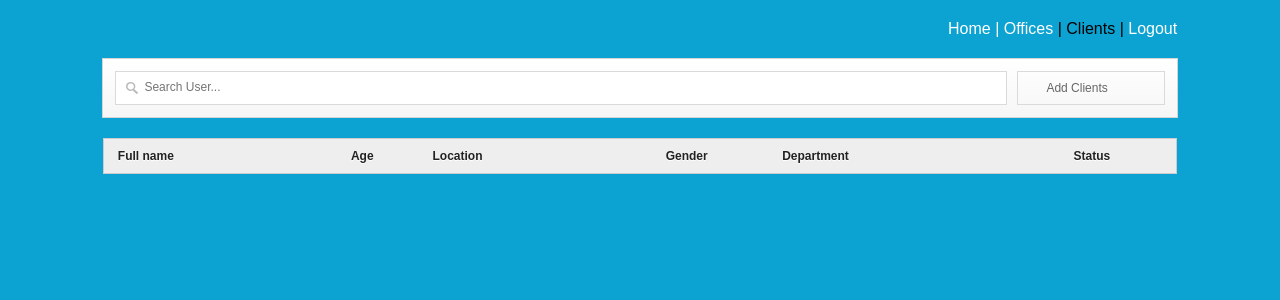
Repository: MrSyntax31/recordmanagement
Page: http://localhost/main/index.php
An editor plug-in stored every save of this project. The page is shown before and after the next save, followed by the edit.
The browser window is 1280 px wide. The pictures show the whole page.
The page is run by PHP 8.4 with error messages shown; the project is at /var/www/html/. Queries for data that is not in the repository find no rows.

Above is the page before, as saved 2022-03-03 16:04:33.

### main/index.php
<style>
body {
	background: #0ca3d2;
}
table { border-collapse: separate; background-color: #FFFFFF; border-spacing: 0; width: 85%; color: #666666; text-shadow: 0 1px 0 #FFFFFF; border: 1px solid #CCCCCC; box-shadow: 0; margin: 0 auto;font-family: arial; }
table thead tr th { background: none repeat scroll 0 0 #EEEEEE; color: #222222; padding: 10px 14px; text-align: left; border-top: 0 none; font-size: 12px; }
table tbody tr td{
    background-color: #FFFFFF;
	font-size: 12px;
    text-align: left;
	padding: 10px 14px;
	border-top: 1px solid #DDDDDD;
}
#log {
	width: 85%;
	text-align: right;
	margin: 20px auto;
	font-family: arial;
}
#log a {
	color: #FFFFFF;
	text-decoration: none;
	font-family: arial;
}
#formdesign {
	background: linear-gradient(to bottom, #FFFFFF 0%, #F6F6F6 100%) repeat scroll 0 0 rgba(0, 0, 0, 0);
    border: 1px solid #D5D5D5;
    padding: 12px;
    position: relative;
	margin: 20px auto;
	width: 83%;
	clear: both;
	height: 34px;
}
#filter {
	-moz-box-sizing: border-box;
    background: url("img/big_search.png") no-repeat scroll 10px 10px #FFFFFF;
    box-shadow: none;
    display: block;
    font-size: 12px;
    height: 34px;
    padding: 9px 140px 9px 28px;display: block;
    font-size: 12px;
    height: 34px;
    padding: 9px 140px 9px 28px;
    width: 85%;
	border: 1px solid #DADADA;
    transition: border 0.2s linear 0s, box-shadow 0.2s linear 0s;
	padding-top: 6px;
	float: left;
}
#add {
	float: right;
	width: 8.5%;
	display: block;
    font-size: 12px;
    height: 14px;
    padding: 9px 28px 9px 28px;
	border: 1px solid #DADADA;
}
a#add {
	text-decoration: none;
	color: #666666;
	font-family: arial;
	font-size: 12px;
}

</style>
<script src="argiepolicarpio.js" type="text/javascript" charset="utf-8"></script>
<script src="js/application.js" type="text/javascript" charset="utf-8"></script>
<!--sa poip up-->
<link href="src/facebox.css" media="screen" rel="stylesheet" type="text/css" />
   <script src="lib/jquery.js" type="text/javascript"></script>
  <script src="src/facebox.js" type="text/javascript"></script>
  <script type="text/javascript">
    jQuery(document).ready(function($) {
      $('a[rel*=facebox]').facebox({
        loadingImage : 'src/loading.gif',
        closeImage   : 'src/closelabel.png'
      })
    })
  </script>
<div id="log"> <a href="index.php">Home | <a href="offices.php">Offices</a> | Clients |  <a href="../index.php">Logout</a>
</div>
<div id="formdesign">
<input type="text" name="filter" value="" id="filter" placeholder="Search User..." autocomplete="off" />
<a rel="facebox" href="addUser.php" id="add">Add Clients</a>
</div>
<table cellspacing="0" cellpadding="2" id="resultTable">
<thead>
	<tr>
		<th width="20%"> Full name</th>
		<th width="7%"> Age</th>
		<th width="20%"> Location </th>
		<th width="10%"> Gender </th>
		<th width="25%"> Department </th>
		<th width="10%">  Status </th>
	</tr>
</thead>
<tbody>
	<?php
		include('connect.php');
		$result = $db->prepare("SELECT * FROM users ORDER BY id DESC");
		$result->execute();
		for($i=0; $row = $result->fetch(); $i++){
	?>
	<tr class="record">
		<td><?php echo $row['fullname']; ?></td>
		<td><?php echo $row['age']; ?></td>
		<td><?php echo $row['location']; ?></td>
		<td><?php echo $row['gender']; ?></td>
		<td><?php echo $row['department']; ?></td>
		<td><?php echo $row['status']; ?></td>
		<td><a rel="facebox" href="editUser.php?id=<?php echo $row['id']; ?>"> Edit </a> | <a href="#" id="<?php echo $row['id']; ?>" class="delbutton" title="Click To Delete">Delete</a></td>
	</tr>
	<?php
		}
	?>
</tbody>
</table>
<script src="js/jquery.js"></script>
  <script type="text/javascript">
$(function() {


$(".delbutton").click(function(){

//Save the link in a variable called element
var element = $(this);

//Find the id of the link that was clicked
var del_id = element.attr("id");

//Built a url to send
var info = 'id=' + del_id;
 if(confirm("Sure you want to delete this update? There is NO undo!"))
		  {

 $.ajax({
   type: "GET",
   url: "delete.php",
   data: info,
   success: function(){

   }
 });
         $(this).parents(".record").animate({ backgroundColor: "#fbc7c7" }, "fast")
		.animate({ opacity: "hide" }, "slow");

 }

return false;

});

});
</script>

### main/connect.php
<?php
/* Database config */
$db_host		= 'localhost';
$db_user		= 'root';
$db_pass		= '';
$db_database	= 'record';

/* End config */

$db = new PDO('mysql:host='.$db_host.';dbname='.$db_database, $db_user, $db_pass);
$db->setAttribute(PDO::ATTR_ERRMODE, PDO::ERRMODE_EXCEPTION);

?>

### main/js/application.js
$(document).ready(function() {
	zebraRows('tr:odd td', 'odd');

	$('tbody tr').hover(function(){
	  $(this).find('td').addClass('hovered');
	}, function(){
	  $(this).find('td').removeClass('hovered');
	});

	//default each row to visible
	$('tbody tr').addClass('visible');

	//overrides CSS display:none property
	//so only users w/ JS will see the
	//filter box
	$('#search').show();

	$('#filter').keyup(function(event) {
		//if esc is pressed or nothing is entered
    if (event.keyCode == 27 || $(this).val() == '') {
			//if esc is pressed we want to clear the value of search box
			$(this).val('');

			//we want each row to be visible because if nothing
			//is entered then all rows are matched.
      $('tbody tr').removeClass('visible').show().addClass('visible');
    }

		//if there is text, lets filter
		else {
      filter('tbody tr', $(this).val());
    }

		//reapply zebra rows
		$('.visible td').removeClass('odd');
		zebraRows('.visible:even td', 'odd');
	});

	//grab all header rows
	$('thead th').each(function(column) {
		$(this).addClass('sortable')
					.click(function(){
						var findSortKey = function($cell) {
							return $cell.find('.sort-key').text().toUpperCase() + ' ' + $cell.text().toUpperCase();
						};

						var sortDirection = $(this).is('.sorted-asc') ? -1 : 1;

						//step back up the tree and get the rows with data
						//for sorting
						var $rows		= $(this).parent()
																.parent()
																.parent()
																.find('tbody tr')
																.get();

						//loop through all the rows and find
						$.each($rows, function(index, row) {
							row.sortKey = findSortKey($(row).children('td').eq(column));
						});

						//compare and sort the rows alphabetically
						$rows.sort(function(a, b) {
							if (a.sortKey < b.sortKey) return -sortDirection;
							if (a.sortKey > b.sortKey) return sortDirection;
							return 0;
						});

						//add the rows in the correct order to the bottom of the table
						$.each($rows, function(index, row) {
							$('tbody').append(row);
							row.sortKey = null;
						});

						//identify the column sort order
						$('th').removeClass('sorted-asc sorted-desc');
						var $sortHead = $('th').filter(':nth-child(' + (column + 1) + ')');
						sortDirection == 1 ? $sortHead.addClass('sorted-asc') : $sortHead.addClass('sorted-desc');

						//identify the column to be sorted by
						$('td').removeClass('sorted')
									.filter(':nth-child(' + (column + 1) + ')')
									.addClass('sorted');

						$('.visible td').removeClass('odd');
						zebraRows('.visible:even td', 'odd');
					});
	});
});


//used to apply alternating row styles
function zebraRows(selector, className)
{
	$(selector).removeClass(className)
							.addClass(className);
}

//filter results based on query
function filter(selector, query) {
	query	=	$.trim(query); //trim white space
  query = query.replace(/ /gi, '|'); //add OR for regex

  $(selector).each(function() {
    ($(this).text().search(new RegExp(query, "i")) < 0) ? $(this).hide().removeClass('visible') : $(this).show().addClass('visible');
  });
}

### main/src/facebox.css
#facebox {
  position: absolute;
  top: 0;
  left: 0;
  z-index: 100;
  text-align: left;
}


#facebox .popup{
  position:relative;
  border:3px solid rgba(0,0,0,0);
  -webkit-border-radius:5px;
  -moz-border-radius:5px;
  border-radius:5px;
  -webkit-box-shadow:0 0 18px rgba(0,0,0,0.4);
  -moz-box-shadow:0 0 18px rgba(0,0,0,0.4);
  box-shadow:0 0 18px rgba(0,0,0,0.4);
}

#facebox .content {
  display:table;
  width: 280px;
  padding: 10px;
  background: #fff;
  -webkit-border-radius:4px;
  -moz-border-radius:4px;
  border-radius:4px;
}

#facebox .content > p:first-child{
  margin-top:0;
}
#facebox .content > p:last-child{
  margin-bottom:0;
}

#facebox .close{
  position:absolute;
  top:5px;
  right:5px;
  padding:2px;
  background:#fff;
}
#facebox .close img{
  opacity:0.3;
}
#facebox .close:hover img{
  opacity:1.0;
}

#facebox .loading {
  text-align: center;
}

#facebox .image {
  text-align: center;
}

#facebox img {
  border: 0;
  margin: 0;
}

#facebox_overlay {
  position: fixed;
  top: 0px;
  left: 0px;
  height:100%;
  width:100%;
}

.facebox_hide {
  z-index:-100;
}

.facebox_overlayBG {
  background-color: #000;
  z-index: 99;
}

.hoverbox
{
	cursor: default;
	list-style: none;
}

.hoverbox a
{
	cursor:pointer;
}


.hoverbox img
{
	background: #fff;
	border-color: #aaa #ccc #ddd #bbb;
	border-style: solid;
	border-width: 1px;
	color: inherit;
	padding: 2px;
	vertical-align: top;
	width: 115px;
	height: 70px;
	margin-bottom:5px;
}

### main/src/facebox.js
/*
 * Facebox (for jQuery)
 * version: 1.2 (05/05/2008)
 * @requires jQuery v1.2 or later
 *
 * Examples at http://famspam.com/facebox/
 *
 * Licensed under the MIT:
 *   http://www.opensource.org/licenses/mit-license.php
 *
 * Copyright 2007, 2008 Chris Wanstrath [ chris@ozmm.org ]
 *
 * Usage:
 *
 *  jQuery(document).ready(function() {
 *    jQuery('a[rel*=facebox]').facebox()
 *  })
 *
 *  <a href="#terms" rel="facebox">Terms</a>
 *    Loads the #terms div in the box
 *
 *  <a href="terms.html" rel="facebox">Terms</a>
 *    Loads the terms.html page in the box
 *
 *  <a href="terms.png" rel="facebox">Terms</a>
 *    Loads the terms.png image in the box
 *
 *
 *  You can also use it programmatically:
 *
 *    jQuery.facebox('some html')
 *    jQuery.facebox('some html', 'my-groovy-style')
 *
 *  The above will open a facebox with "some html" as the content.
 *
 *    jQuery.facebox(function($) {
 *      $.get('blah.html', function(data) { $.facebox(data) })
 *    })
 *
 *  The above will show a loading screen before the passed function is called,
 *  allowing for a better ajaxy experience.
 *
 *  The facebox function can also display an ajax page, an image, or the contents of a div:
 *
 *    jQuery.facebox({ ajax: 'remote.html' })
 *    jQuery.facebox({ ajax: 'remote.html' }, 'my-groovy-style')
 *    jQuery.facebox({ image: 'stairs.jpg' })
 *    jQuery.facebox({ image: 'stairs.jpg' }, 'my-groovy-style')
 *    jQuery.facebox({ div: '#box' })
 *    jQuery.facebox({ div: '#box' }, 'my-groovy-style')
 *
 *  Want to close the facebox?  Trigger the 'close.facebox' document event:
 *
 *    jQuery(document).trigger('close.facebox')
 *
 *  Facebox also has a bunch of other hooks:
 *
 *    loading.facebox
 *    beforeReveal.facebox
 *    reveal.facebox (aliased as 'afterReveal.facebox')
 *    init.facebox
 *    afterClose.facebox
 *
 *  Simply bind a function to any of these hooks:
 *
 *   $(document).bind('reveal.facebox', function() { ...stuff to do after the facebox and contents are revealed... })
 *
 */
(function($) {
  $.facebox = function(data, klass) {
    $.facebox.loading()

    if (data.ajax) fillFaceboxFromAjax(data.ajax, klass)
    else if (data.image) fillFaceboxFromImage(data.image, klass)
    else if (data.div) fillFaceboxFromHref(data.div, klass)
    else if ($.isFunction(data)) data.call($)
    else $.facebox.reveal(data, klass)
  }

  /*
   * Public, $.facebox methods
   */

  $.extend($.facebox, {
    settings: {
      opacity      : 0.2,
      overlay      : false,
      loadingImage : '/facebox/loading.gif',
      closeImage   : '/facebox/closelabel.png',
      imageTypes   : [ 'png', 'jpg', 'jpeg', 'gif' ],
      faceboxHtml  : '\
    <div id="facebox" style="display:none;"> \
      <div class="popup"> \
        <div class="content"> \
        </div> \
        <a href="#" class="close"><img src="/facebox/closelabel.png" title="close" class="close_image" /></a> \
      </div> \
    </div>'
    },

    loading: function() {
      init()
      if ($('#facebox .loading').length == 1) return true
      showOverlay()

      $('#facebox .content').empty()
      $('#facebox .body').children().hide().end().
        append('<div class="loading"><img src="'+$.facebox.settings.loadingImage+'"/></div>')

      $('#facebox').css({
        top:	getPageScroll()[1] + (getPageHeight() / 10),
        left:	$(window).width() / 2 - 205
      }).show()

      $(document).bind('keydown.facebox', function(e) {
        if (e.keyCode == 27) $.facebox.close()
        return true
      })
      $(document).trigger('loading.facebox')
    },

    reveal: function(data, klass) {
      $(document).trigger('beforeReveal.facebox')
      if (klass) $('#facebox .content').addClass(klass)
      $('#facebox .content').append(data)
      $('#facebox .loading').remove()
      $('#facebox .body').children().fadeIn('normal')
      $('#facebox').css('left', $(window).width() / 2 - ($('#facebox .popup').width() / 2))
      $(document).trigger('reveal.facebox').trigger('afterReveal.facebox')
    },

    close: function() {
      $(document).trigger('close.facebox')
      return false
    }
  })

  /*
   * Public, $.fn methods
   */

  $.fn.facebox = function(settings) {
    if ($(this).length == 0) return

    init(settings)

    function clickHandler() {
      $.facebox.loading(true)

      // support for rel="facebox.inline_popup" syntax, to add a class
      // also supports deprecated "facebox[.inline_popup]" syntax
      var klass = this.rel.match(/facebox\[?\.(\w+)\]?/)
      if (klass) klass = klass[1]

      fillFaceboxFromHref(this.href, klass)
      return false
    }

    return this.bind('click.facebox', clickHandler)
  }

  /*
   * Private methods
   */

  // called one time to setup facebox on this page
  function init(settings) {
    if ($.facebox.settings.inited) return true
    else $.facebox.settings.inited = true

    $(document).trigger('init.facebox')
    makeCompatible()

    var imageTypes = $.facebox.settings.imageTypes.join('|')
    $.facebox.settings.imageTypesRegexp = new RegExp('\.(' + imageTypes + ')$', 'i')

    if (settings) $.extend($.facebox.settings, settings)
    $('body').append($.facebox.settings.faceboxHtml)

    var preload = [ new Image(), new Image() ]
    preload[0].src = $.facebox.settings.closeImage
    preload[1].src = $.facebox.settings.loadingImage

    $('#facebox').find('.b:first, .bl').each(function() {
      preload.push(new Image())
      preload.slice(-1).src = $(this).css('background-image').replace(/url\((.+)\)/, '$1')
    })

    $('#facebox .close').click($.facebox.close)
    $('#facebox .close_image').attr('src', $.facebox.settings.closeImage)
  }

  // getPageScroll() by quirksmode.com
  function getPageScroll() {
    var xScroll, yScroll;
    if (self.pageYOffset) {
      yScroll = self.pageYOffset;
      xScroll = self.pageXOffset;
    } else if (document.documentElement && document.documentElement.scrollTop) {	 // Explorer 6 Strict
      yScroll = document.documentElement.scrollTop;
      xScroll = document.documentElement.scrollLeft;
    } else if (document.body) {// all other Explorers
      yScroll = document.body.scrollTop;
      xScroll = document.body.scrollLeft;
    }
    return new Array(xScroll,yScroll)
  }

  // Adapted from getPageSize() by quirksmode.com
  function getPageHeight() {
    var windowHeight
    if (self.innerHeight) {	// all except Explorer
      windowHeight = self.innerHeight;
    } else if (document.documentElement && document.documentElement.clientHeight) { // Explorer 6 Strict Mode
      windowHeight = document.documentElement.clientHeight;
    } else if (document.body) { // other Explorers
      windowHeight = document.body.clientHeight;
    }
    return windowHeight
  }

  // Backwards compatibility
  function makeCompatible() {
    var $s = $.facebox.settings

    $s.loadingImage = $s.loading_image || $s.loadingImage
    $s.closeImage = $s.close_image || $s.closeImage
    $s.imageTypes = $s.image_types || $s.imageTypes
    $s.faceboxHtml = $s.facebox_html || $s.faceboxHtml
  }

  // Figures out what you want to display and displays it
  // formats are:
  //     div: #id
  //   image: blah.extension
  //    ajax: anything else
  function fillFaceboxFromHref(href, klass) {
    // div
    if (href.match(/#/)) {
      var url    = window.location.href.split('#')[0]
      var target = href.replace(url,'')
      if (target == '#') return
      $.facebox.reveal($(target).html(), klass)

    // image
    } else if (href.match($.facebox.settings.imageTypesRegexp)) {
      fillFaceboxFromImage(href, klass)
    // ajax
    } else {
      fillFaceboxFromAjax(href, klass)
    }
  }

  function fillFaceboxFromImage(href, klass) {
    var image = new Image()
    image.onload = function() {
      $.facebox.reveal('<div class="image"><img src="' + image.src + '" /></div>', klass)
    }
    image.src = href
  }

  function fillFaceboxFromAjax(href, klass) {
    $.get(href, function(data) { $.facebox.reveal(data, klass) })
  }

  function skipOverlay() {
    return $.facebox.settings.overlay == false || $.facebox.settings.opacity === null
  }

  function showOverlay() {
    if (skipOverlay()) return

    if ($('#facebox_overlay').length == 0)
      $("body").append('<div id="facebox_overlay" class="facebox_hide"></div>')

    $('#facebox_overlay').hide().addClass("facebox_overlayBG")
      .css('opacity', $.facebox.settings.opacity)
      .click(function() { $(document).trigger('close.facebox') })
      .fadeIn(200)
    return false
  }

  function hideOverlay() {
    if (skipOverlay()) return

    $('#facebox_overlay').fadeOut(200, function(){
      $("#facebox_overlay").removeClass("facebox_overlayBG")
      $("#facebox_overlay").addClass("facebox_hide")
      $("#facebox_overlay").remove()
    })

    return false
  }

  /*
   * Bindings
   */

  $(document).bind('close.facebox', function() {
    $(document).unbind('keydown.facebox')
    $('#facebox').fadeOut(function() {
      $('#facebox .content').removeClass().addClass('content')
      $('#facebox .loading').remove()
      $(document).trigger('afterClose.facebox')
    })
    hideOverlay()
  })

})(jQuery);

Loaded but not shown: main/argiepolicarpio.js (library); main/lib/jquery.js (library); main/js/jquery.js (library)

After the next save:
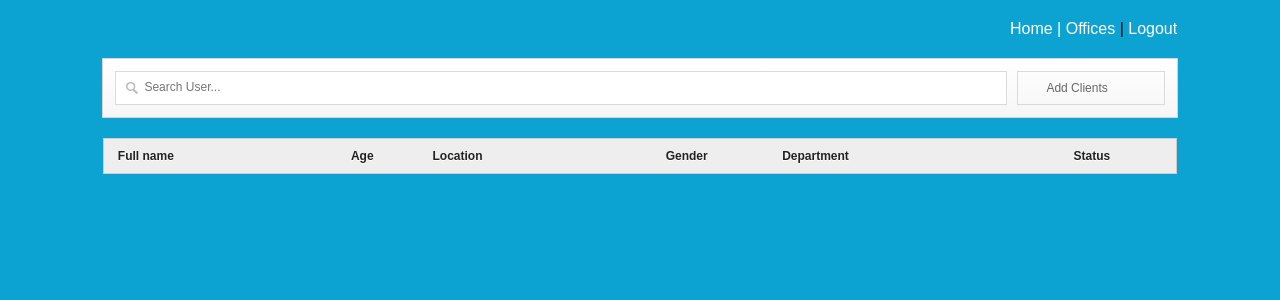
Saved 77 s later.
--- a/main/index.php
+++ b/main/index.php
@@ -80,7 +80,7 @@ a#add {
       })
     })
   </script>
-<div id="log"> <a href="index.php">Home | <a href="offices.php">Offices</a> | Clients |  <a href="../index.php">Logout</a>
+<div id="log"> <a href="index.php">Home | <a href="offices.php">Offices</a> |  <a href="../index.php">Logout</a>
 </div>
 <div id="formdesign">
 <input type="text" name="filter" value="" id="filter" placeholder="Search User..." autocomplete="off" />
